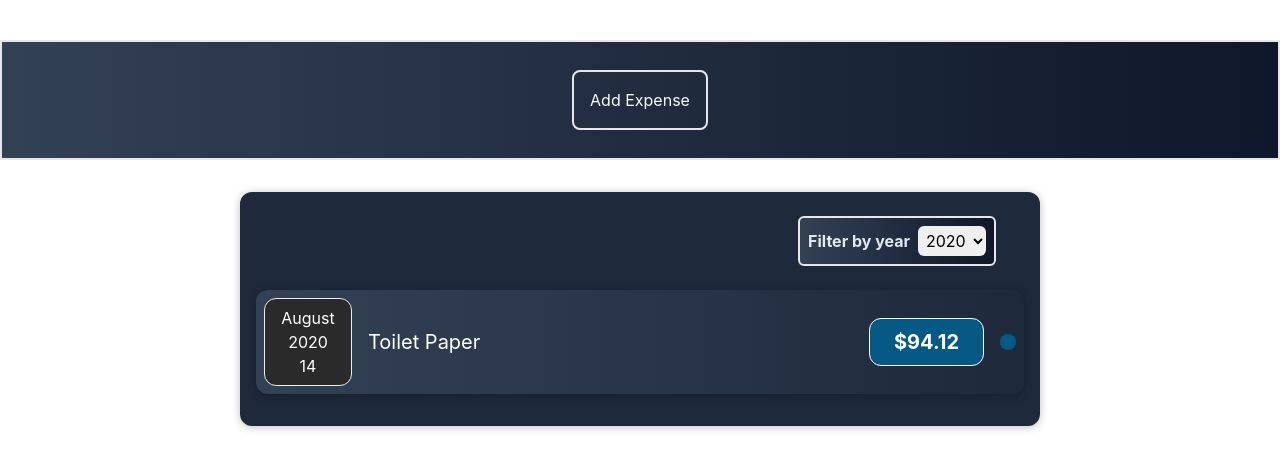
Repository: Sef24/expense-tracker
Page: /
The author's editor kept a copy of each file at every save. The page is drawn from the files as they stood at one save, then again after the next save.
The browser window is 1280 px wide. The pictures show the whole page.
The project was rebuilt for these pictures with package versions that can differ from the ones it lists, and the page was loaded fresh each time. Also part of the build but not shown: src/components/NewExpense/NewExpense.css, src/components/NewExpense/ExpenseForm.css, src/components/NewExpense/ExpenseForm.js.

Above is the page before, as saved 2022-05-03 16:36:22.

After the next save:
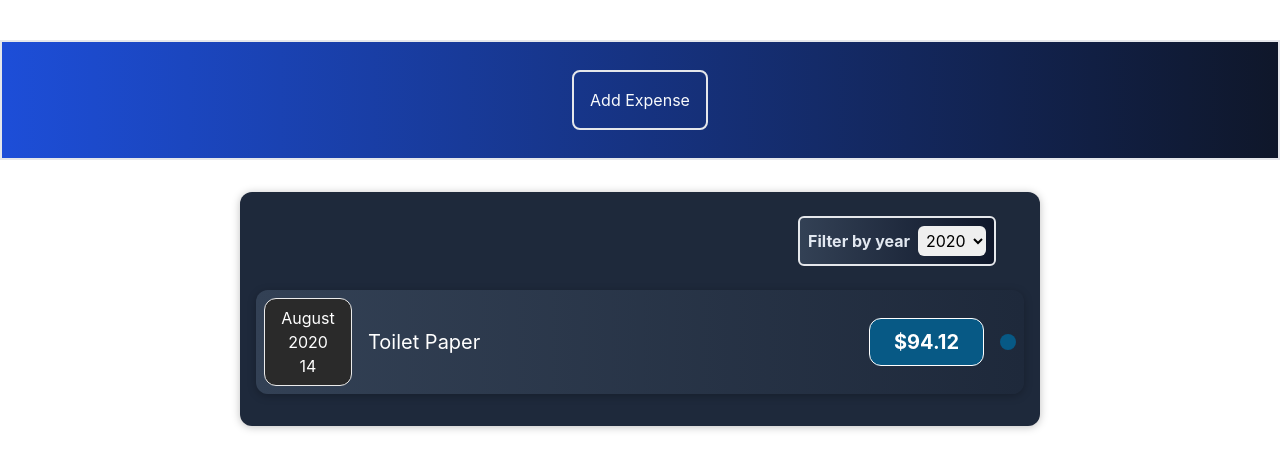
Saved 15 s later.
--- a/src/components/NewExpense/NewExpense.js
+++ b/src/components/NewExpense/NewExpense.js
@@ -27,7 +27,7 @@
   return (
     <div
       className="flex w-full p-7 mt-10 items-center justify-center border-2
-      bg-gradient-to-r from-slate-700 to-slate-900 ... px-20"
+      bg-gradient-to-r from-blue-700 to-slate-900 ... px-20"
     >
       {!isEditing && (
         <button

After the save that followed:
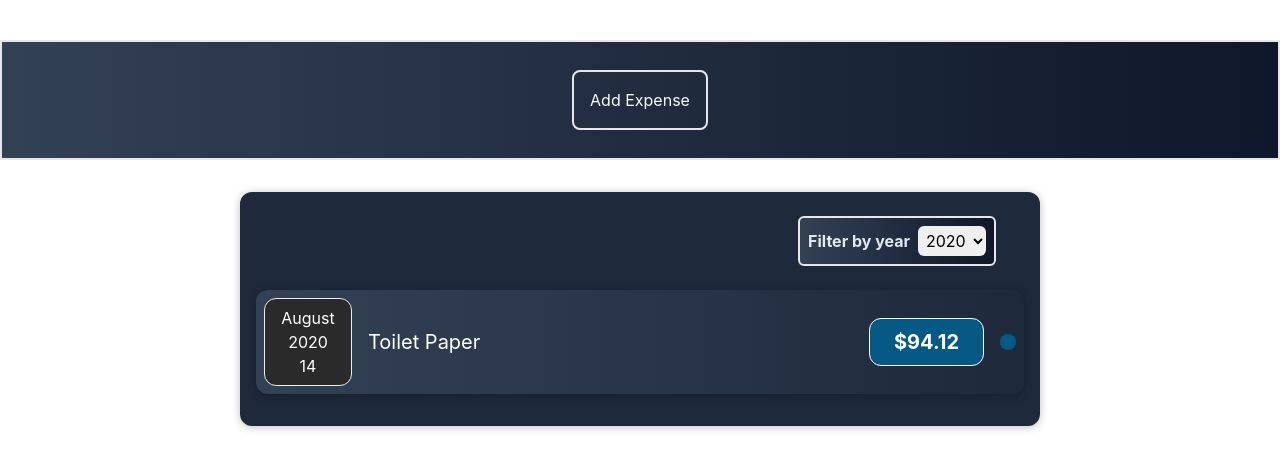
Saved 7 s later.
--- a/src/components/NewExpense/NewExpense.js
+++ b/src/components/NewExpense/NewExpense.js
@@ -27,7 +27,7 @@
   return (
     <div
       className="flex w-full p-7 mt-10 items-center justify-center border-2
-      bg-gradient-to-r from-blue-700 to-slate-900 ... px-20"
+      bg-gradient-to-r from-slate-700 to-slate-900 ... px-20"
     >
       {!isEditing && (
         <button
